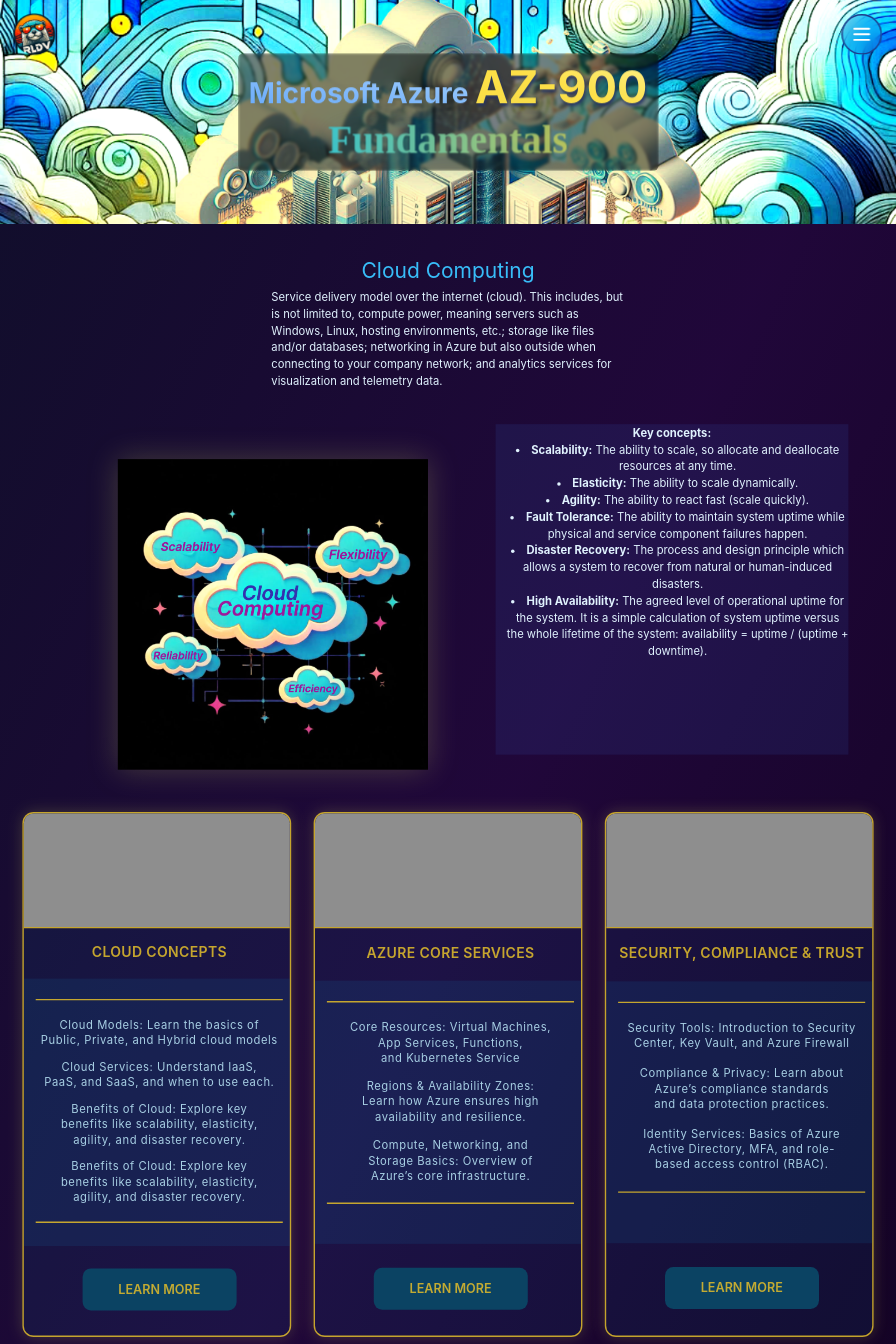
Repository: Freezler/az-900_svelte5
Page: /
The author's editor kept a copy of each file at every save. The page is drawn from the files as they stood at one save, then again after the next save.
The browser window is 1280 px wide. The pictures show the part of the page from y = 0 to 1920 px (the page is 2638 px tall), at 70% of full size.
Pictures or frames that could not be fetched are drawn as grey boxes. The project was rebuilt for these pictures with package versions that can differ from the ones it lists, and the page was loaded fresh each time. The framework's server and built-in components were replaced by stand-ins that run in the browser. Also part of the build but not shown: vite.config.ts.

Above is the page before, as saved 2024-11-10 10:41:46.

### src/app.html
<!doctype html>
<html lang="en">
	<head>
		<meta charset="utf-8" />
		<link rel="icon" href="%sveltekit.assets%/favicon.png" />
		<meta name="viewport" content="width=device-width, initial-scale=1" />
		%sveltekit.head%
	</head>
	<body data-sveltekit-preload-data="hover" >
		<div style="display: contents">%sveltekit.body%</div>
	</body>
</html>

### src/routes/+layout.svelte
<script lang="ts">
	import '../app.css';
	let { children } = $props();

</script>

<div class="bg-gradient-to-br from-[#0d0c28fc] via-[#1b0135f9] to-[#10021e] bg-cover bg-center bg-no-repeat ">{@render children()}</div>

### src/routes/+page.svelte
<script lang="ts">
	import ComputingArticle from '../components/ComputingArticle.svelte';

	import Toggle from '../components/Toggle.svelte';
	import Header from '../components/Header.svelte';
	import Popover from '../components/Menu.svelte';
	import Cards from '../components/Cards.svelte';
	import Login from '../components/Login.svelte';
</script>

<header class="">
	<Popover />
	<Header />
</header>
<main>
	<section>
		<ComputingArticle />
		<Cards />
	</section>
	<aside><Toggle /></aside>
	<footer><Login /></footer>
</main>

### src/app.css
@tailwind base;
@tailwind components;
@tailwind utilities;

:root {
  --text-color  : rgba(244, 205, 48, 0.888);
  --bg-color    : hsla(217, 87%, 3%, 0.298);
  --bg-color2   : hsla(299, 91%, 31%, 0.974);
  --bg-gradient : 135deg, rgba(237, 249, 10, .7) 0%, rgba(216, 204, 37, 0.7) 35%, rgba(0, 212, 255, 0.7) 100%;
  --bg-gradient2: 90deg, rgba(216, 204, 37, 0.5) 0%, rgba(0, 212, 255, 0.5) 70%;
}

* {
  margin     : 0;
  padding    : 0;
  box-sizing : border-box;
  user-select: none;
  /* outline : 1px dotted red; */
}

body {
  font-family: 'Inter', sans-serif;


}

### src/components/ComputingArticle.svelte
<div class="grid items-center justify-center gap-2 place-self-center text-sky-100 max-w-[50ch]  pt-12">
	<h2 class="text-3xl text-center text-sky-400">Cloud Computing</h2>
	<p>
		Service delivery model over the internet (cloud). This includes, but is not limited to, compute
		power, meaning servers such as Windows, Linux, hosting environments, etc.; storage like files
		and/or databases; networking in Azure but also outside when connecting to your company network;
		and analytics services for visualization and telemetry data.
	</p>
</div>

<section class="grid items-center grid-cols-1 lg:grid-cols-2 justify-center place-items-center z-10 text-center">
	<img
		src="../public/images/cloud.png"
		alt="cloudSolutions"
		loading="lazy"

		class=" text-sky-100 drop-shadow-[0_0px_22px_rgba(255,255,99,0.2)] w-[572px] place-self-end"
	/>
	<article
		class=" bg-blue-500/10  text-sky-100 lg:max-w-[50ch] w-[572px] h-[472px] "
	>
		<p><strong>Key concepts:</strong></p>
		<ul class="list-inside list-disc pl-4">
			<li>
				<strong>Scalability:</strong> The ability to scale, so allocate and deallocate resources at any
				time.
			</li>
			<li><strong>Elasticity:</strong> The ability to scale dynamically.</li>
			<li><strong>Agility:</strong> The ability to react fast (scale quickly).</li>
			<li>
				<strong>Fault Tolerance:</strong> The ability to maintain system uptime while physical and service
				component failures happen.
			</li>
			<li>
				<strong>Disaster Recovery:</strong> The process and design principle which allows a system to
				recover from natural or human-induced disasters.
			</li>
			<li>
				<strong>High Availability:</strong> The agreed level of operational uptime for the system. It
				is a simple calculation of system uptime versus the whole lifetime of the system: availability
				= uptime / (uptime + downtime).
			</li>
		</ul>
	</article>
</section>

### src/components/Toggle.svelte
<script lang="ts">

	let name = $state('Randy');
	let status: 'DARK' | 'LIGHT' = $state('DARK');
	let full_name = $derived(name + ' ' + 'de vries');

	function toggle() {
		status = status === 'DARK' ? 'LIGHT' : 'DARK';
	}

	function onclick() {
		status = status === 'DARK' ? 'LIGHT' : 'DARK';
		window.document.body.classList.toggle('dark-mode')
	}
</script>

<div class="max-w-[400px] mx-auto grid place-items-center items-center justify-center gap-2 border-2 p-4  py-8 my-4 bg-yellow-600/10">
		<p class="text-2xl font-serif text-white ">
			set theme: <span class="font-sans {status === 'LIGHT' ? 'text-gray-200' : 'text-red-900'}">{status}</span>
		</p>

		<!-- <button on:click={toggle}>toggle status</button> -->
		<button
			class=" w-[176px] rounded bg-blue-500 px-4 py-2 font-bold text-white hover:bg-blue-700 active:scale-[.98]"
			type="button"
			onclick={toggle}>Toggle theme</button
		>
	</div>

### src/components/Header.svelte
<script lang="ts">
	// Declare props
	let { name = 'AZ-900' } = $props();

	// Local state for the surname
	let surname = $state('Fundamentals');

	// Derived state for the full name
	let full_name = $derived(`${name} ${surname}`);
</script>

<div
	class="max-w-[100svw] z-100 mx-auto grid h-80 place-content-center place-items-center items-center justify-center bg-[url('/public/images/headImage.png')] bg-cover bg-top"
>
	<div class="grid backdrop-blur-[2px] px-4 rounded-lg backdrop-brightness-[.50] pb-4">
		<h1
			class="shadow-[rgba(7, 25, 224, 0.9)] drop bg-clip-text text-center text-[clamp(1rem,5vw,2.5rem)] font-bold text-transparent bg-gradient-to-tr from-blue-400 via-blue-300 to-blue-700  drop-shadow-[-2px_2px_2px_rgba(137, 25, 224, 0.9)]"
		>
			Microsoft Azure <span
				class="bg-gradient-to-tr from-yellow-300 via-yellow-300 to-yellow-200 bg-clip-text text-[clamp(2.8rem,5vw,8.5rem)] font-bold text-transparent drop-shadow-[2px_4px_2px_rgba(36,50,100,0.9)]"
				>{name}</span
			>
		</h1>
		<h3
			class="bg-clip-text text-6xl text-center text-[clamp(1rem,5vw,3.5rem)] font-[700] font-[montserrat] bg-gradient-to-r from-[hsl(192,88%,51%)] via-[--hsl(192,88%,71%)] to-[--text-color]  pb- text-transparent drop-shadow-[2px_4px_32px_rgba(6,100,150,0.9)] backdrop-brightness-[.90] "
		>
			{surname}
		</h3>
	</div>
</div>

### src/components/Menu.svelte
<script lang="ts">
	import { cubicInOut } from 'svelte/easing';
	import { fly } from 'svelte/transition';
	let showMenu: boolean = $state(false);


</script>

	<!-- Your existing code -->

<img
	src="/public/images/Design 2.png"
	alt="Ran form Logo"
	class="fixed left-[16px] top-[16px] w-[64px] rounded-full z-[200]"
/>
<button
	onclick={() => (showMenu = !showMenu)}
	class="fixed right-[20px] top-[20px] flex  h-[58px] w-[58px] items-center justify-center rounded-full bg-blue-600/20 backdrop-blur text-white border-2 border-blue-900"
>
	<svg
		xmlns="http://www.w3.org/2000/svg"
		class="h-8 w-8"
		fill="none"
		viewBox="0 0 24 24"
		stroke="currentColor"
	>
		{#if showMenu}
			<path
				stroke-linecap="round"
				stroke-linejoin="round"
				stroke-width="2"
				d="M6 18L18 6M6 6l12 12"
			/>
		{:else}
			<path
				stroke-linecap="round"
				stroke-linejoin="round"
				stroke-width="2"
				d="M4 6h16M4 12h16M4 18h16"
			/>
		{/if}
	</svg>
</button>

{#if showMenu}
	<ul
		class="items-center justify-center fixed bottom-0 right-0 z-100 grid h-[50vh] w-[100vw] border-t border-blue-900 place-content-center bg-blue-600/20 backdrop-blur text-white uppercase text-center text-xl z-[200]"
		transition:fly={{ y: 100, duration: 420, easing: cubicInOut }}
	>
		<li class="px-2 py-4 w-[80vw] underline underline-offset-4 transition-colors ease-linear duration-400 hover:bg-blue-600/20 rounded-t-lg  bg-blue-200/30">
			<a href="/">Home</a>
		</li>
		<li class=" px-2 py-4 transition-colors hover:underline underline-offset-4  ease-linear duration-400 hover:bg-blue-600/20  bg-blue-200/30">
			<a href="/concepts">Concepts</a>
		</li>
		<li class=" px-2 py-4 transition-colors hover:underline underline-offset-4 ease-linear duration-400 hover:bg-blue-600/20  bg-blue-200/30">
			<a href="/security">Security</a>
		</li>
		<li class="px-2 py-4 transition-colors  hover:underline underline-offset-4 ease-linear duration-400 hover:bg-blue-600/20 rounded-b-lg  bg-blue-200/30">
			<a href="/services">Services</a>
		</li>
	</ul>
{/if}

### src/components/Cards.svelte
<script>
	import { goto } from '$app/navigation';
	// Define your plans as an array of objects
	const concepts = [
		{
			url: 'concepts',
			image:
				'https://learn.microsoft.com/training/achievements/microsoft-azure-fundamentals-describe-cloud-concepts-social.png',
			name: 'Cloud Concepts',
			features: [
				'Cloud Models: Learn the basics of Public, Private, and Hybrid cloud models',
				'Cloud Services: Understand IaaS, PaaS, and SaaS, and when to use each.',
				'Benefits of Cloud: Explore key benefits like scalability, elasticity, agility, and disaster recovery.',
				'Benefits of Cloud: Explore key benefits like scalability, elasticity, agility, and disaster recovery.'

			]
		},
		{
			url: 'services',
			image:
				'https://images.unsplash.com/photo-1667372459510-55b5e2087cd0?q=80&w=1932&auto=format&fit=crop&ixlib=rb-4.0.3&ixid=M3wxMjA3fDB8MHxwaG90by1wYWdlfHx8fGVufDB8fHx8fA%3D%3D',
			name: 'Azure Core Services',
			features: [
				'Core Resources: Virtual Machines, App Services, Functions, and Kubernetes Service',
				'Regions & Availability Zones: Learn how Azure ensures high availability and resilience.',
				'Compute, Networking, and Storage Basics: Overview of Azure’s core infrastructure.'
			]
		},
		{
			url: 'security',
			image:
				'https://plus.unsplash.com/premium_photo-1700830452756-1a3f4314e564?q=80&w=1674&auto=format&fit=crop&ixlib=rb-4.0.3&ixid=M3wxMjA3fDB8MHxwaG90by1wYWdlfHx8fGVufDB8fHx8fA%3D%3D',
			name: 'Security, Compliance & Trust',
			features: [
				'Security Tools: Introduction to Security Center, Key Vault, and Azure Firewall',
				'Compliance & Privacy: Learn about Azure’s compliance standards and data protection practices.',
				'Identity Services: Basics of Azure Active Directory, MFA, and role-based access control (RBAC).'
			]
		}
	];
</script>

<section
	class="z-10 grid grid-rows-1 gap-8 py-8 md:grid-cols-2 md:gap-8 md:px-8 xl:grid-cols-3"
>
	{#each concepts as concept}
		<div
			class=" pt-1  grid grid-rows-[148px_64px_auto_auto] place-items-center overflow-hidden rounded-2xl border-2 border-[--text-color] bg-sky-600/10 pb-9 shadow-[0_0px_22px_rgba(255,255,99,0.2)] brightness-90 transition duration-700 hover:scale-[1.001] hover:border-[hsla(184,69%,60%,1)] hover:shadow-[2px_6px_12px_rgba(22,125,22,0.9)]"
		>
			<img
				src={concept.image}
				class=" z-10 h-[172px] pt-2  w-full border-b-2 border-[--text-color] object-cover object-center hover:border-[hsla(184,69%,60%,1)]"
				loading="lazy"
				alt="concept"
			/>
			<div class="row-span-2 grid grid-cols-subgrid place-items-center items-center justify-center">
				<h2 class="] mt-[28px] text-xl font-semibold uppercase tracking-wide text-[--text-color]">
					{concept.name}
				</h2>
			</div>

			<div
				class=" row-span-12 my-5 w-full grid grid-rows-subgrid place-items-start items-start gap-4 text-pretty border border-transparent bg-sky-500/10 px-4 pt-7 pb-6 text-center"
			>
				{#each concept.features as feature}
					<h3
						class="border-b-1 mx-auto  grid w-[35ch]  grid-rows-subgrid text-balance border-[--text-color] px-0 text-[14px] font-normal leading-snug tracking-wider text-sky-200 py-0 first:border-t-2 first:pt-6 last:pb-6 last:border-b-2 lg:text-[16px] border-s-fuchsia-400 ">
						{feature}
					</h3>
				{/each}
			</div>
			<button
				type="button"
				class="mx-auto mt-3 w-[220px] grid-cols-subgrid rounded-xl border-[2px_solid_var(--text-color)] bg-sky-900 px-8 py-4 text-base font-semibold uppercase text-[--text-color] transition duration-[420ms] hover:bg-sky-500 hover:text-white hover:shadow-[2px_2px_22px_rgb(65,183,255,0.9)] md:text-lg lg:text-lg"
				><a href="/{concept.url}">Learn more</a></button
			>
		</div>
	{/each}
</section>

### src/components/Login.svelte
<script>
	import { onMount } from 'svelte';
	let user = $state('Stranger');
	/**
	 * @param {any} response
	 */
	function googleLoginEndpoint(response) {
	  console.log('Google login successful:', response);
	}

	// onMount(() => {
	//   const script = document.createElement("script");
	//   script.src = "https://accounts.google.com/gsi/client";
	//   script.async = true;
	//   script.defer = true;
	//   document.head.appendChild(script);
	// });
</script>

<div class="relative flex min-h-[60vh] items-center justify-center py-16 ">
	<div class="flex w-full max-w-4xl flex-col overflow-hidden rounded-lg shadow-lg md:flex-row">
		<!-- Left side: Logo and Welcome message -->
		<div
			class="flex flex-col items-center justify-center bg-[url('/public/images/headImage.png')] bg-cover bg-center object-cover p-14 text-white md:w-1/2 "
		>
			<img
				src="/public/images/Design 2.png"
				alt="Ran form Logo"
				class="mb-4 h-40 w-40 rounded-full"
			/>
			<h2 class="text-2xl font-semibold p-2 rounded-xl bg-slate-600/50  ">Good Evening {user}!</h2>
			<p class="mt-2 text-center text-lg rounded-xl bg-slate-600/50  p-2 ">Log in to your account!</p>
		</div>

		<!-- Right side: Login Form -->
		<div
			class="flex flex-col items-center justify-center  h-[50vh] bg-blue-600/40 backdrop-blur pt-8 "
		>
			<!-- Google Login Button -->
			<div
				id="g_id_onload"
				data-client_id="YOUR_GOOGLE_CLIENT_ID"
				data-context="signin"
				data-callback="googleLoginEndpoint"
				data-close_on_tap_outside="false"
				data-prompt_parent_id="g_id_onload"
			></div>

			<button
				class="flex w-3/5 items-center justify-center space-x-2 rounded-full border border-gray-300 bg-white py-2 shadow-md hover:bg-gray-50 focus:outline-none"
			>
				<span class="fab fa-google text-gray-500"></span>
				<span class="text-gray-700">Continue with Google</span>
			</button>

			<!-- Divider -->
			<div class="my-4 flex w-full items-center">
				<hr class="flex-grow border-t border-gray-300" />
				<span class="px-3 text-gray-500">OR</span>
				<hr class="flex-grow border-t border-gray-300" />
			</div>

			<!-- Email Login Button -->
			<button
				class="flex w-3/5 items-center justify-center space-x-2 rounded-full border border-gray-300 bg-white py-2 shadow-md hover:bg-gray-50 focus:outline-none"
			>
				<span class="fa fa-user text-gray-500"></span>
				<span class="text-gray-700">Enter Email & Password</span>
			</button>

			<!-- Sign up and Terms Links -->
			<div class=" w-full text-center">
				<p class="text-sm text-red-300">
					Don't have an account? <a href="_blank" class="text-blue-600 hover:underline">Sign up</a>
				</p>
				<p class="mt-0 text-xs text-gray-500 w-[50ch]">
					By continuing, you agree to our <a href="_blank" target="_blank" class="hover:underline"
						>Terms of Service</a
					>
					and
					<a href="_blank" target="_blank" class="hover:underline">Privacy Policy</a>.
				</p>
			</div>
		</div>
	</div>
</div>

### tailwind.config.ts
import aspectRatio from '@tailwindcss/aspect-ratio';
import containerQueries from '@tailwindcss/container-queries';
import forms from '@tailwindcss/forms';
import typography from '@tailwindcss/typography';
// import type { Config } from 'tailwindcss';

export default {
	content: ['./src/**/*.{html,js,svelte,ts}'],


	theme: {
		extend: {
			animation: {



			},

			keyframes: {

			}

		}
	},

	plugins: [typography, forms, containerQueries, aspectRatio]
}

After the next save:
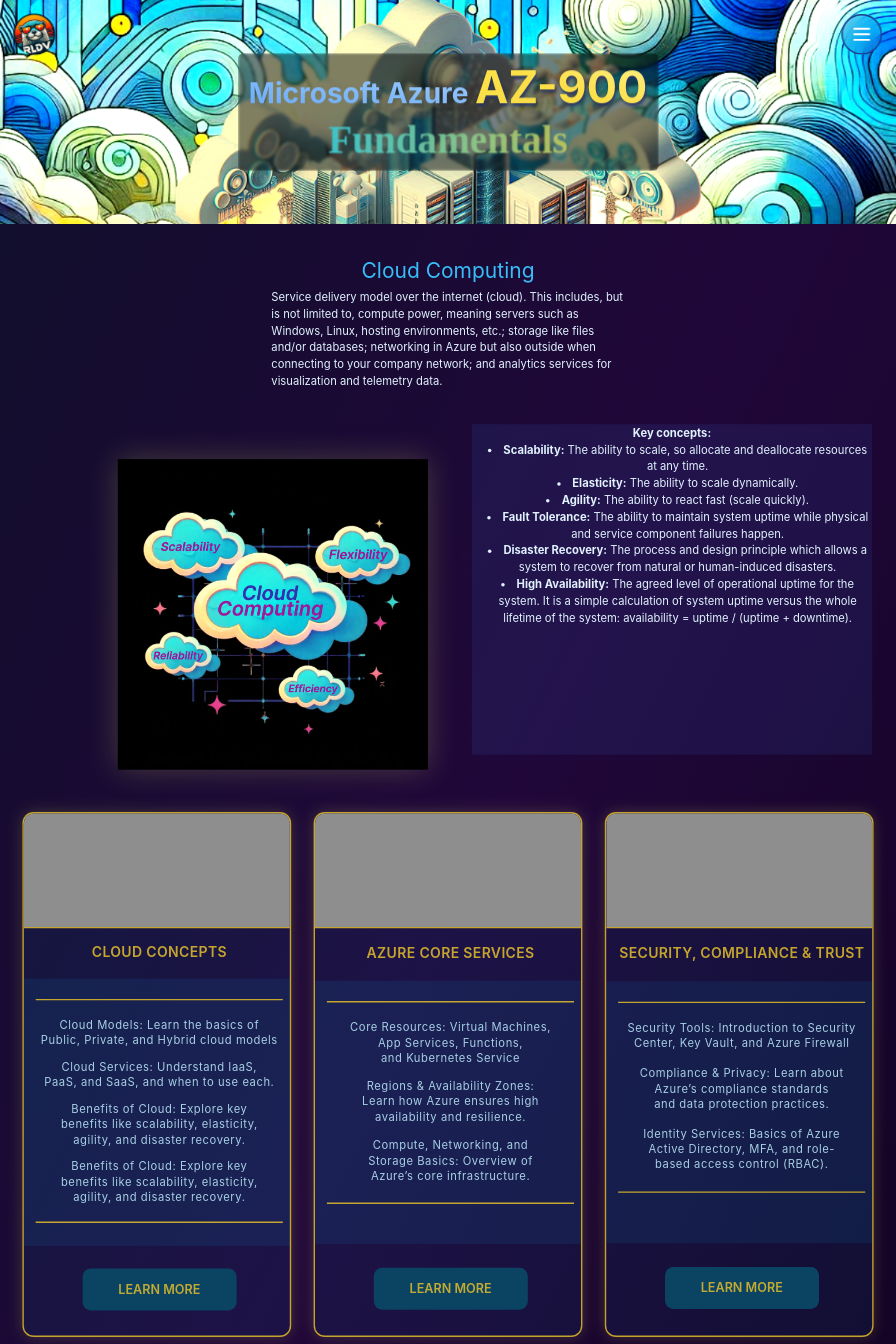
Saved 7 s later.
--- a/src/components/ComputingArticle.svelte
+++ b/src/components/ComputingArticle.svelte
@@ -17,7 +17,7 @@
 		class=" text-sky-100 drop-shadow-[0_0px_22px_rgba(255,255,99,0.2)] w-[572px] place-self-end"
 	/>
 	<article
-		class=" bg-blue-500/10  text-sky-100 lg:max-w-[50ch] w-[572px] h-[472px] "
+		class=" bg-blue-500/10  text-sky-100 w-[572px] h-[472px] "
 	>
 		<p><strong>Key concepts:</strong></p>
 		<ul class="list-inside list-disc pl-4">
